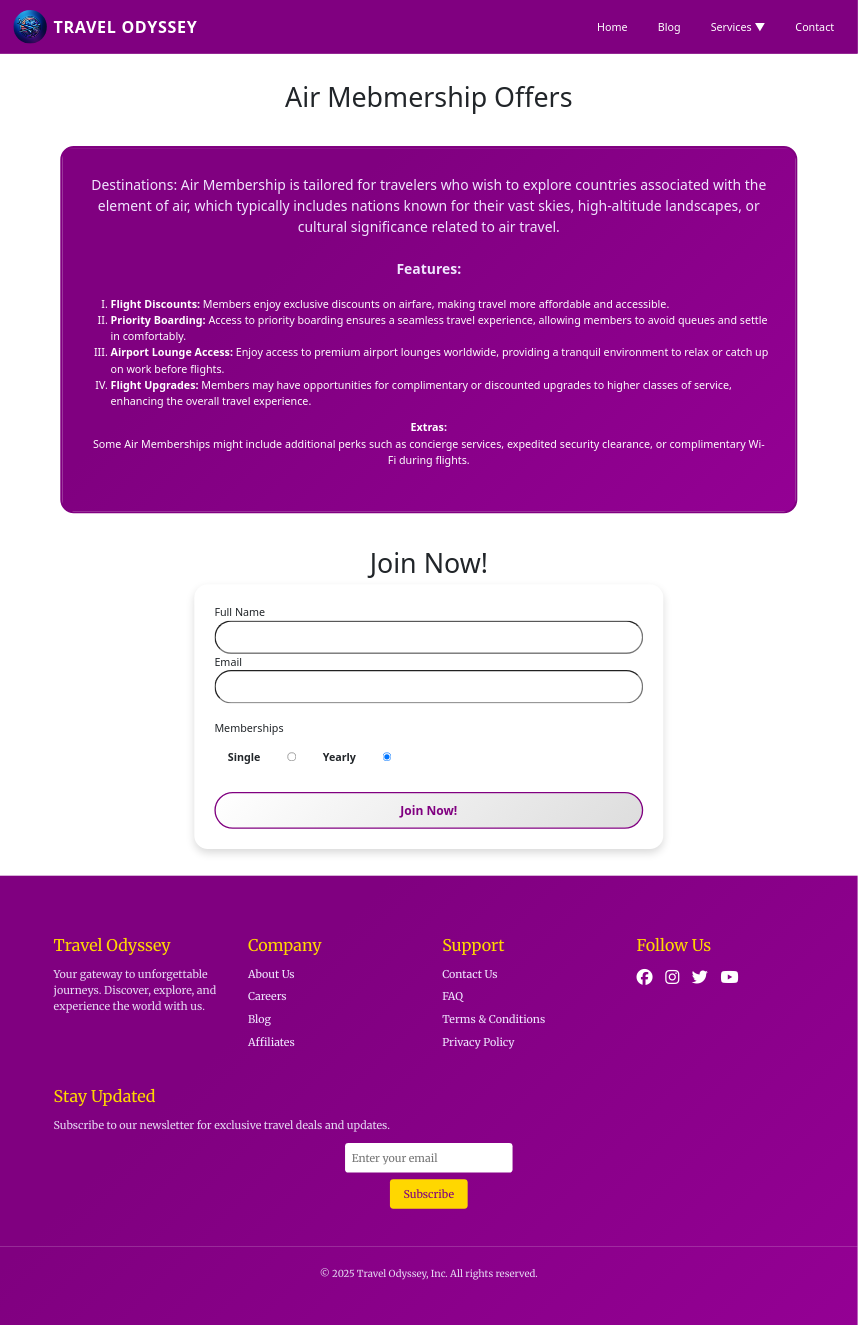
Repository: GHzPhoenix/Project-Odyssey
Page: Frontend/air.html
The author's editor kept a copy of each file at every save. The page is drawn from the files as they stood at one save, then again after the next save.
The browser window is 1280 px wide. The pictures show the whole page, at 67% of full size.
Some web libraries are served in a nearby version.

Above is the page before, as saved 2025-06-08 16:36:07.

After the next save:
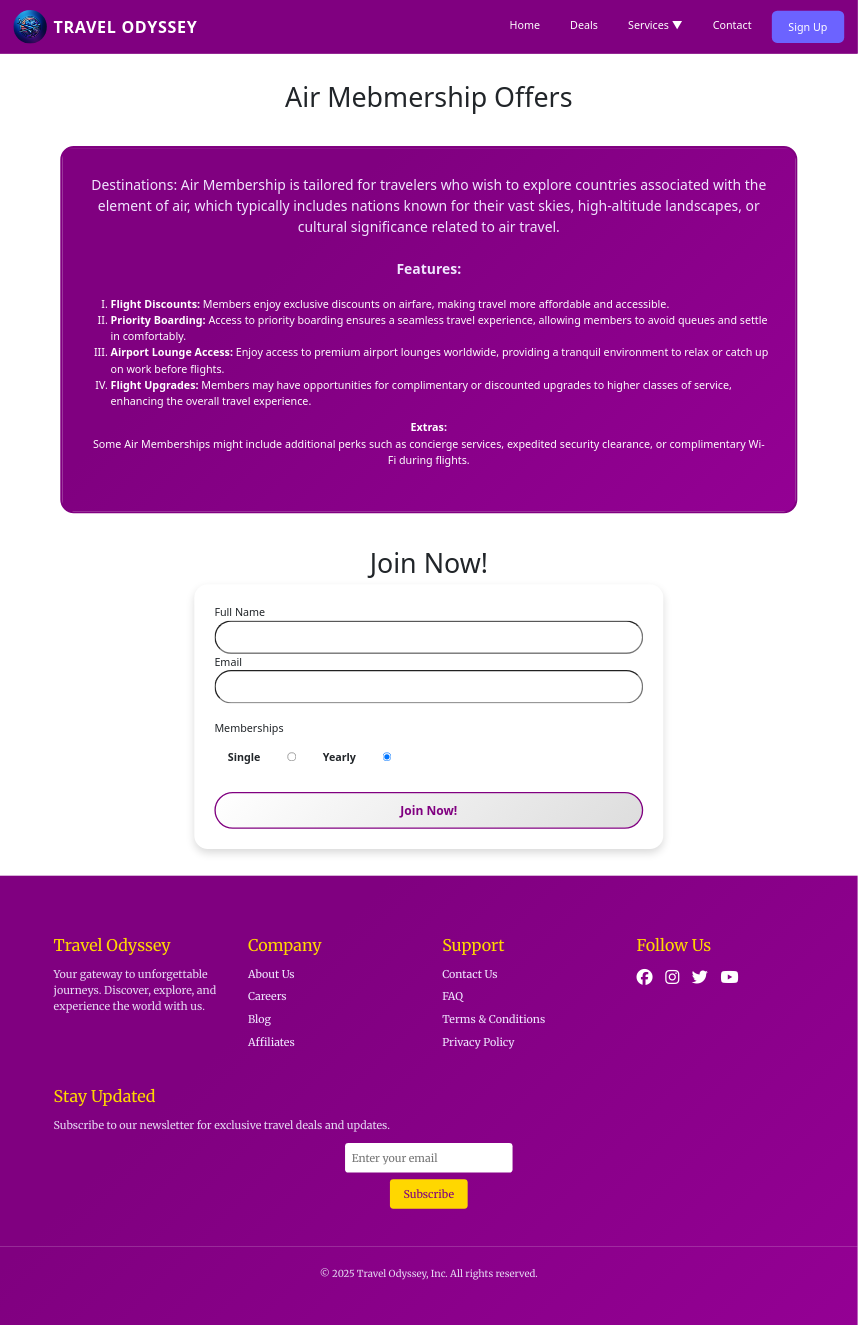
Saved 25 s later.
--- a/Frontend/air.html
+++ b/Frontend/air.html
@@ -16,30 +16,29 @@
     <header>
       <nav>
         <div class="logo">
-            <img src="./assets/your-logo.png" alt="Logo">
-            Travel Odyssey
+          <img src="/Frontend/assets/your-logo.png" alt="Logo" />
+          Travel Odyssey
         </div>
-
         <div class="menu-toggle" onclick="toggleMenu()">
-            <div></div>
-            <div></div>
-            <div></div>
+          <div></div>
+          <div></div>
+          <div></div>
         </div>
-
-        <ul>
-            <li><a href="index.html">Home</a></li>
-            <li><a href="city.html">Blog</a></li>
-            <li>
-                <a href="#">Services ▼</a>
-                <div class="dropdown">
-                    <a href="membership.html">Memberships</a>
-                    <a href="dream.html">Plan your Trip</a>
-                    <a href="client-area.html">Client Area</a>
-                </div>
-            </li>
-            <li><a href="contact.html">Contact</a></li>
+        <ul class="nav-menu">
+          <li><a href="index.html">Home</a></li>
+          <li><a href="deals.html">Deals</a></li>
+          <li class="dropdown-parent">
+            <a href="#">Services ▼</a>
+            <div class="dropdown">
+              <a href="membership.html">Memberships</a>
+              <a href="dream.html">Plan your Trip</a>
+              <a href="client-area.html">Client Area</a>
+            </div>
+          </li>
+          <li><a href="contact.html">Contact</a></li>
+          <li><a href="signup.html" class="signup-btn">Sign Up</a></li>
         </ul>
-    </nav>
+      </nav>
     </header>
     <main>
         <h1>Air Mebmership Offers</h1>
